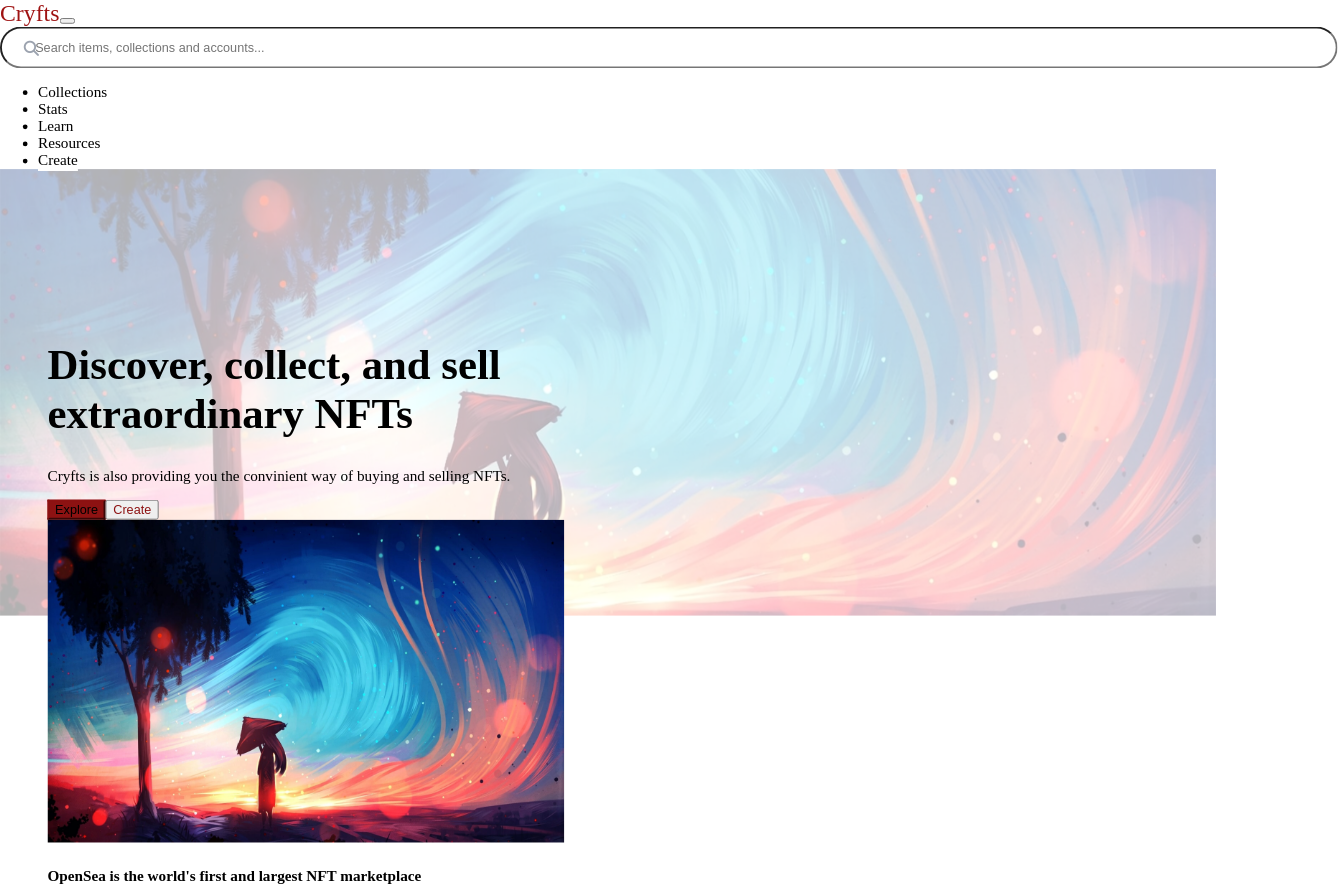
Repository: Huzaifa-2609/opensea_project
Page: /
These files come from the project's save history. The page is drawn as it stood at one moment and after the next save; the edit follows.
The browser window is 1280 px wide. The page is 1408 px wide, so the pictures cover 1408 px, including what lies to the right of the window. The pictures show the whole page, at 95% of full size.
Some web libraries are served in a nearby version. The project was rebuilt for these pictures with package versions that can differ from the ones it lists, and the page was loaded fresh each time. The framework's server and built-in components were replaced by stand-ins that run in the browser. Also part of the build but not shown: next.config.js, styles/Home.module.css.

Above is the page before, as saved 2022-07-11 21:26:02.

### pages/_app.js
import Navbar from '../components/Navbar'
import '../styles/globals.css'
import Head from "next/head"
import Script from 'next/script'
import "../styles/hero.css"
// import Vnavbar from '../components/Vnavbar'
function MyApp({ Component, pageProps }) {
  return(
    <>
    <Script src="https://kit.fontawesome.com/30bda3e318.js" crossorigin="anonymous"></Script>
    <Script src="https://cdn.jsdelivr.net/npm/bootstrap@5.2.0-beta1/dist/js/bootstrap.bundle.min.js" integrity="sha384-pprn3073KE6tl6bjs2QrFaJGz5/SUsLqktiwsUTF55Jfv3qYSDhgCecCxMW52nD2" crossOrigin="anonymous"></Script>
    <Navbar title={"Cryfts"}/>
    {/* <Vnavbar title={"Cryfts"}/> */}
  <Component {...pageProps} />
  </>
  )
}

export default MyApp

### pages/_document.js
import { Html, Head, Main, NextScript } from 'next/document'

export default function Document() {
  return (
    <Html>
      <Head>
      <link href="https://cdn.jsdelivr.net/npm/bootstrap@5.2.0-beta1/dist/css/bootstrap.min.css" rel="stylesheet" integrity="sha384-0evHe/X+R7YkIZDRvuzKMRqM+OrBnVFBL6DOitfPri4tjfHxaWutUpFmBp4vmVor" crossOrigin="anonymous"/>
      </Head>
      <body>
        <Main />
        <NextScript />
      </body>
    </Html>
  )
}

### pages/index.js
import Head from 'next/head'
import Image from 'next/image'
import Hero from '../components/Hero'
import styles from '../styles/Home.module.css'

export default function Home() {
  return (
    <>
    <div>
      <Head>
        <title>Create Next App</title>
        <meta name="description" content="Generated by create next app" />
        <link rel="icon" href="/favicon.ico" />
      </Head>
         </div>
      <Hero/>
      </>
  )
}

### components/Navbar.js
import React from 'react'
import Link from 'next/link'
import { useRouter } from 'next/router'
const Navbar = (props) => {
  const location=useRouter();
  return (
    <div>
      <nav className="navbar shadow-sm fixed-top navbar-expand-lg navbar-light">
  <div className="container-fluid">
    <a className="navbar-brand text-color fw-bolder ml-2" href="/">{props.title}</a>
    <button className="navbar-toggler" type="button" data-bs-toggle="collapse" data-bs-target="#navbarSupportedContent" aria-controls="navbarSupportedContent" aria-expanded="false" aria-label="Toggle navigation">
      <span className="navbar-toggler-icon"></span>
    </button>

    <div className="collapse navbar-collapse" style={{width:"50%"}} id="navbarSupportedContent">

            <div className="row height d-flex justify-content-center align-items-center">

                <div className="form">
                  <i className="fa fa-search"></i>
                  <input type="text" className="form-control form-input" placeholder="Search items, collections and accounts..."/>
                </div>

            </div>


      <ul className="navbar-nav gap-4 m-auto mb-2 mb-lg-0 fw-bold" style={location.pathname==="/signup"?{visibility:"hidden"}:{}}>
      <li className="nav-item">
          <Link href="/collections/0x7132e1d414161A232c2027aE6C66D7914649bA66"><a className="nav-link " aria-current="page" >Collections</a></Link>
        </li>
        <li className="nav-item">
          <Link href="/"><a className="nav-link" aria-current="page" >Stats</a></Link>
        </li>
        <li className="nav-item">
          <Link href="/"><a className="nav-link " >Learn</a></Link>
        </li>

        <li className="nav-item dropdown">
          <Link href="/"><a className="nav-link dropdown-toggle pe-none"  id="navbarDropdown" role="button" data-bs-toggle="dropdown" aria-expanded="false">
            Resources
          </a></Link>
          <ul className="dropdown-menu" aria-labelledby="navbarDropdown">
            <li><Link href="/"><a className="dropdown-item" >Action</a></Link></li>
            <li><Link href="/"><a className="dropdown-item" >Another action</a></Link></li>
            <li><hr className="dropdown-divider"/></li>
            <li><Link href="/"><a className="dropdown-item" >Something else here</a></Link></li>
          </ul>
        </li>
        <li className="nav-item">
          <Link  href="/"><a className="nav-link">Create</a></Link>
        </li>
      </ul >
      {/* <form className="d-flex" role="search">
        <ul className="navbar-nav gap-3 media" style={location.pathname==="/signup"?{display:"none"}:{}}>
      <li className="nav-item float-right">
          <Link href="/login"><a className="nav-link"  >Sign in</a></Link>
    </li>
      <li className="nav-item mx-2">
    <Link href='/signup'><a className="btn btn1 btn-primary bd-color bg-color"  style={location.pathname==="/signup"?{display:"none"}:{}} type="submit">Get Started</a></Link>
    </li>
        </ul>
      </form> */}
    </div>
  </div>
</nav>
    </div>
  )
}

export default Navbar

### styles/globals.css
:root {
  --light: #9f1313;
  --dark: #8d1212;
}
html,
body {
  padding: 0;
  margin: 0;
  /* font-family: -apple-system, BlinkMacSystemFont, Segoe UI, Roboto, Oxygen,
    Ubuntu, Cantarell, Fira Sans, Droid Sans, Helvetica Neue, sans-serif; */
}

a {
  color: inherit;
  text-decoration: none;
}

* {
  box-sizing: border-box;
}
@media all and (min-width: 992px) {
  .navbar .nav-item .dropdown-menu{ display: none; }
  .navbar .nav-item .nav-link{ border-bottom:3px solid white;  }
  .navbar .nav-item:hover .nav-link{ border-bottom:3px solid var(--light);  }
  .navbar .nav-item:hover .dropdown-menu{ display: block; }
  .navbar .nav-item .dropdown-menu{ margin-top:0; }


}
@media all and (max-width: 992px){
  .pic{display: none;}
  .signup-cls{   margin-top: 15% !important;}
  .signin-cls .card{border:none; box-shadow: none !important;}
  .media{display: none;}
  .empass{flex-direction: column ;}
}

nav {
  /* border-bottom:1px solid #ede4e4; */
  background-color: white;
}
.comp1{
  width: 22rem;
  border: none;

}
.comp{
  margin: 90px 0px;
}
.text-color{
  color: var(--dark);
}
.bg-color{
  background-color: var(--dark);
}
.btn1:hover{
  background-color: var(--light);
  border-color: var(--dark);

}
.bd-color{
  border-color: var(--dark);
}
.navbar-light .navbar-brand{
  color: var(--dark);
}
.navbar-light .navbar-brand:hover{
  color: var(--light);
}
.navbar-brand{
  font-size: 25px;
}
.link-hover :hover{
  color: var(--dark);
}
.form-check-label-color{
  color: var(--dark);
}
.form-outline{
  width: 75%!important;
}
.form-control:focus {
  border-color: #ced4da;
  box-shadow: none!important;
}

/* Navbar search css */
.form{
  position: relative;

}

.form .fa-search{

  position: absolute;
  top:15px;
  left: 25px;
  color: #9ca3af;

}

.form span{

  position: absolute;
  right: 17px;
  top: 13px;
  padding: 2px;
  border-left: 1px solid #d1d5db;

}

.left-pan{
  padding-left: 7px;
}

.left-pan i{

 padding-left: 10px;
}

.form-input{
  width: 220%;
  height: 44px;
  text-indent: 33px;
  border-radius: 40px;
}

.form-input:focus{

  box-shadow: none;
  border:none;
}

### styles/hero.css
/* .body{
} */
/* .bg{
    background: url("../public/nftbg.jpg") no-repeat center center/cover;
} */
.bg::before{
    content: "";
    background:url("../public/nftbg.jpg") no-repeat center center/cover;
    position: absolute;
    height:90%;
    width:100%;
    z-index: -1;
    opacity: 0.3;
    top: 0px;
    left: 0px;
}

### components/Hero.js
import React from "react";
import Image from "next/image";
import img from "../public/nftbg.jpg";

const Hero = () => {
  const style = {
    marginTop: "100px",
    height: "70vh",
    padding: "50px",
  };
  return (
    <>
      <div
        className=" d-flex justify-content-between bg align-items-center "
        style={style}
      >
        <div
          className="card mb-3 border-0 bg-transparent"
          style={{ width: "34rem" }}
        >
          <div className="card-body">
            <h1 className="card-title " style={{ fontSize: "45px" }}>
              Discover, collect, and sell extraordinary NFTs
            </h1>
            <p className="card-subtitle text-muted mt-3 fs-3">
              Cryfts is also providing you the convinient way of buying and selling NFTs.
            </p>
          </div>
          <div className="d-flex gap-4 m-2">
          <button type="button" className="btn btn-primary bd-color bg-color btn1 btn-lg fs1 w-25 py-2">
            Explore
          </button>
          <button type="button" className="btn btn-light border-1 shadow-sm btn-lg text-color fs1 w-25 py-2">
            Create
          </button>
          </div>
        </div>
        <div className="card mb-3 border-0 " style={{ width: "34rem" }}>
          <Image
            src={img}
            className="card-img-top"
            alt="NFT image"
            style={{ height: "34rem" }}
          />
          <div className="card-body">
            {/* <h1 className="card-title">Discover, collect, and sell extraordinary NFTs</h1> */}
            <h4 className="card-subtitle text-muted mt-3">
            OpenSea is the world's first and largest NFT marketplace
            </h4>
          </div>
        </div>
      </div>
    </>
  );
};

export default Hero;

After the next save:
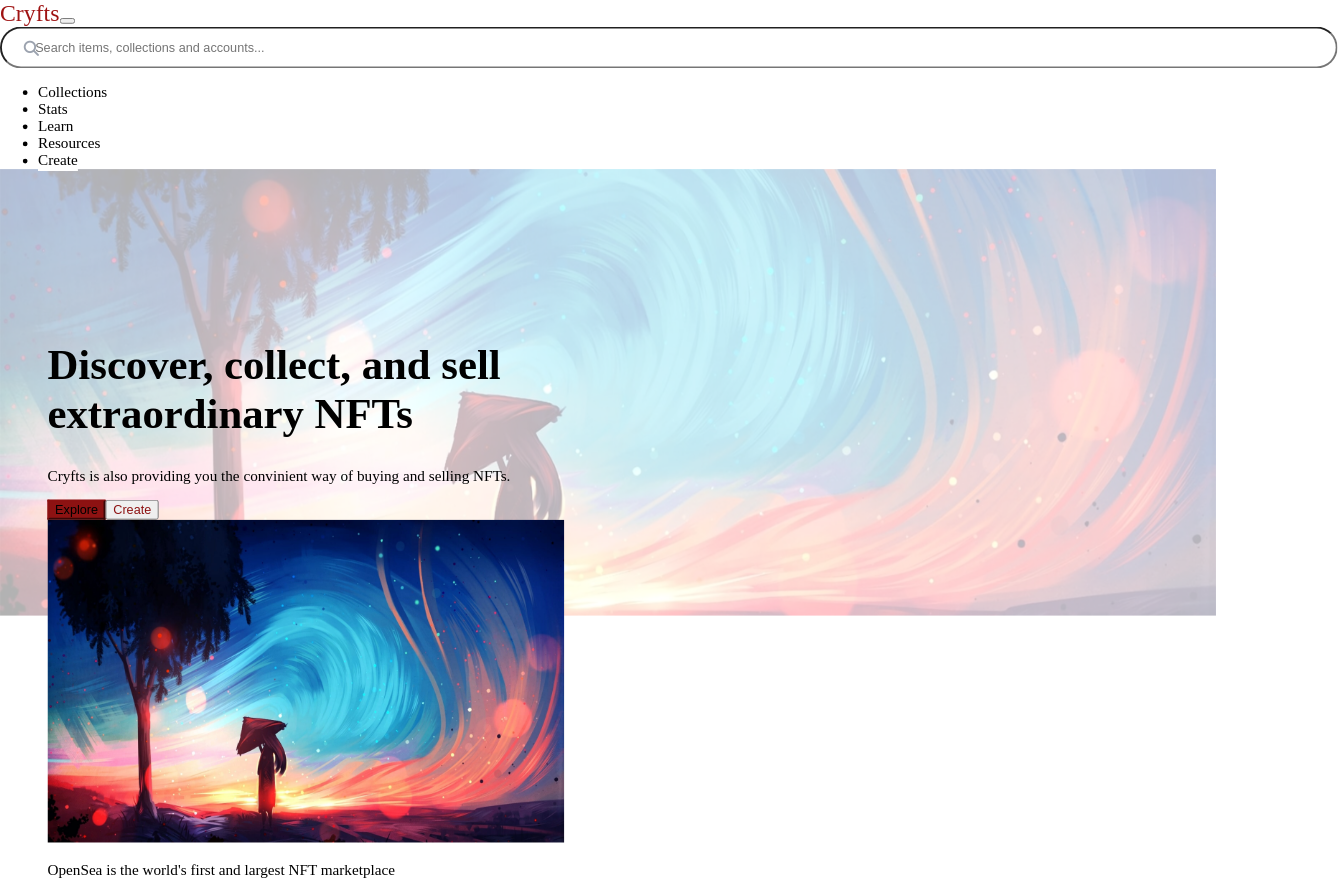
Saved 29 s later.
--- a/components/Hero.js
+++ b/components/Hero.js
@@ -44,9 +44,9 @@ const Hero = () => {
           />
           <div className="card-body">
             {/* <h1 className="card-title">Discover, collect, and sell extraordinary NFTs</h1> */}
-            <h4 className="card-subtitle text-muted mt-3">
+            <p className="card-subtitle text-muted mt-3 fs-5">
             OpenSea is the world's first and largest NFT marketplace
-            </h4>
+            </p>
           </div>
         </div>
       </div>
